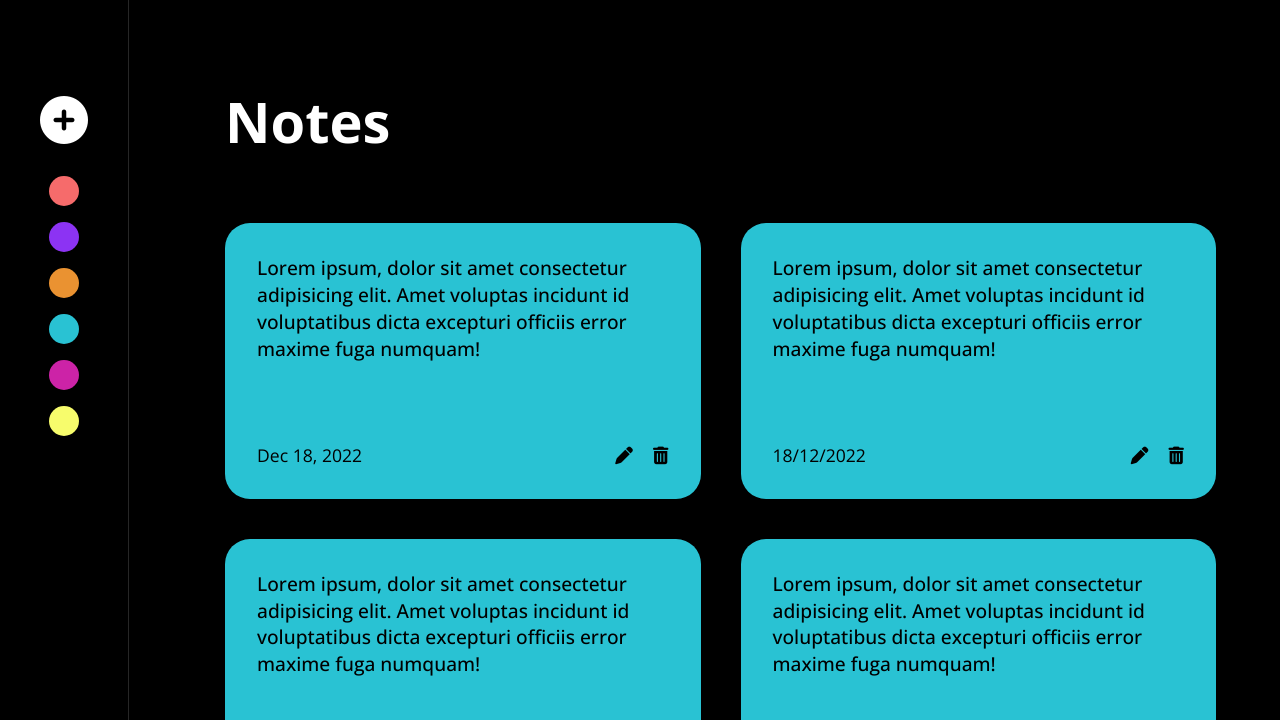
Repository: emiliaiwu/notes_app
Page: index.html
These files come from the project's save history. The page is drawn as it stood at one moment and after a run of saves; the edit follows.
The browser window is 1280 px wide. The pictures show the whole page.
An inner scrolling area shows only its first screen. Some web libraries are served in a nearby version.

Above is the page before, as saved 2022-12-19 23:40:53.

### index.html
<!DOCTYPE html>
<html lang="en">
<head>
    <meta charset="UTF-8">
    <meta http-equiv="X-UA-Compatible" content="IE=edge">
    <meta name="viewport" content="width=device-width, initial-scale=1.0">
    <script src="https://kit.fontawesome.com/fd9c36575f.js" crossorigin="anonymous"></script>
    <link rel="stylesheet" href="style.css">
    <title>Notes App</title>
</head>
<body>
    <div class="container">
        <div class="add">
            <div class="add_card"><i class="fa-solid fa-circle-plus"></i></div>
            <ul class="card_colors">
                <li class="card_color c1"></li>
                <li class="card_color c2"></li>
                <li class="card_color c3"></li>
                <li class="card_color c4"></li>
                <li class="card_color c5"></li>
                <li class="card_color c6"></li>
            </ul>
        </div>
        <div class="cards_container">
            <h1>Notes</h1>
            <div class="cards">

                <div class="card">
                    <p class="text">
                        Lorem ipsum, dolor sit amet consectetur adipisicing elit. Amet voluptas incidunt id voluptatibus dicta excepturi officiis error maxime fuga numquam!
                    </p>
                    <span class="footer close">
                        <small class="date">Dec 18, 2022</small>
                        <span>
                           <small class="edit"><i class="fa-solid fa-pen"></i></small>
                           <small class="delete"><i class="fa-solid fa-trash-can"></i></small>
                        </span>
                    </span>
                    <span class="footer open">
                        <ul class="edit_settings">
                            <li class="bold"><i class="fa-solid fa-bold"></i></li>
                            <li class="italic"><i class="fa-solid fa-italic"></i></li>
                            <li class="underline"><i class="fa-solid fa-underline"></i></li>
                            <li class="strikethrough"><i class="fa-solid fa-strikethrough"></i></li>
                            <li class="toggleBtn"><i class="fa-solid fa-list-ul"></i></li>
                            <li class="add_image"><i class="fa-solid fa-image"></i></li>
                        </ul>
                    </span>
                </div>

                <div class="card">
                    <span class="text">
                        Lorem ipsum, dolor sit amet consectetur adipisicing elit. Amet voluptas incidunt id voluptatibus dicta excepturi officiis error maxime fuga numquam!
                    </span>
                    <span class="footer close">
                        <small class="date">18/12/2022</small>
                        <span>
                           <small class="edit"><i class="fa-solid fa-pen"></i></small>
                           <small class="delete"><i class="fa-solid fa-trash-can"></i></small>
                        </span>
                    </span>
                    <span class="footer open">
                        <ul class="edit_settings">
                            <li class="bold"><i class="fa-solid fa-bold"></i></li>
                            <li class="italic"><i class="fa-solid fa-italic"></i></li>
                            <li class="underline"><i class="fa-solid fa-underline"></i></li>
                            <li class="strikethrough"><i class="fa-solid fa-strikethrough"></i></li>
                            <li class="toggleBtn"><i class="fa-solid fa-list-ul"></i></li>
                            <li class="add_image"><i class="fa-solid fa-image"></i></li>
                        </ul>
                    </span>
                </div>

                <div class="card">
                    <span class="text">
                        Lorem ipsum, dolor sit amet consectetur adipisicing elit. Amet voluptas incidunt id voluptatibus dicta excepturi officiis error maxime fuga numquam!
                    </span>
                    <span class="footer close">
                        <small class="date">18/12/2022</small>
                        <span>
                           <small class="edit"><i class="fa-solid fa-pen"></i></small>
                           <small class="delete"><i class="fa-solid fa-trash-can"></i></small>
                        </span>
                    </span>
                    <span class="footer open">
                        <ul class="edit_settings">
                            <li class="bold"><i class="fa-solid fa-bold"></i></li>
                            <li class="italic"><i class="fa-solid fa-italic"></i></li>
                            <li class="underline"><i class="fa-solid fa-underline"></i></li>
                            <li class="strikethrough"><i class="fa-solid fa-strikethrough"></i></li>
                            <li class="toggleBtn"><i class="fa-solid fa-list-ul"></i></li>
                            <li class="add_image"><i class="fa-solid fa-image"></i></li>
                        </ul>
                    </span>
                </div>

                <div class="card">
                    <span class="text">
                        Lorem ipsum, dolor sit amet consectetur adipisicing elit. Amet voluptas incidunt id voluptatibus dicta excepturi officiis error maxime fuga numquam!
                    </span>
                    <span class="footer close">
                        <small class="date">18/12/2022</small>
                        <span>
                           <small class="edit"><i class="fa-solid fa-pen"></i></small>
                           <small class="delete"><i class="fa-solid fa-trash-can"></i></small>
                        </span>
                    </span>
                    <span class="footer open">
                        <ul class="edit_settings">
                            <li class="bold"><i class="fa-solid fa-bold"></i></li>
                            <li class="italic"><i class="fa-solid fa-italic"></i></li>
                            <li class="underline"><i class="fa-solid fa-underline"></i></li>
                            <li class="strikethrough"><i class="fa-solid fa-strikethrough"></i></li>
                            <li class="toggleBtn"><i class="fa-solid fa-list-ul"></i></li>
                            <li class="add_image"><i class="fa-solid fa-image"></i></li>
                        </ul>
                    </span>
                </div>


            </div>
        </div>




    </div>

</body>
</html>

### style.css
@import url('https://fonts.googleapis.com/css2?family=Open+Sans:wght@300;400;500;700&display=swap');


* {
    margin: 0;
    padding: 0;
    box-sizing: border-box;
    list-style-type: none;

}

body {
    font-family: 'Open Sans', sans-serif;
    width: 100vw;
    height: 100vh;
    background-color: #000;
    color: #fff;

}

h1 {
    font-size: 3.5rem;
    margin-bottom: 4rem;
    color: #fff;
}

.container {
    display: flex;
    width: 100%;
    height: 100%;
    gap: 2rem;
}

.add {
    border-right: 1px solid rgba(255, 255, 255, 0.15);
    min-height: 100vh;
    display: flex;
    flex-direction: column;
    align-items: center;
    padding: 6rem 2.5rem;

}

.card_color {
    width: 30px;
    height: 30px;
    border-radius: 50%;
    margin-bottom: 1rem;

}

.fa-circle-plus {
    font-size: 3rem;
    margin-bottom: 2rem;
}

.c1 {
    background-color: #F66B6B;
}

.c2 {
    background-color: #8C33F3;
}

.c3 {
    background-color: #EA9231;
}

.c4 {
    background-color: #29C2D3;
}

.c5 {
    background-color: #CC23A7;
}

.c6 {
    background-color: #F7FC6C;
}






/* CARDS CONTAINER */

.cards_container {
    padding: 5.2rem 4rem;
    height: 100%;
    overflow-y: scroll;
    width: 100%;
    color: #000;
}

.cards {
    display: grid;
    grid-template-columns: repeat(auto-fit, minmax(19rem, 1fr));
    gap: 2.5rem;
}

.card {
    display: flex;
    flex-direction: column;
    justify-content: space-between;
    background-color: #29C2D3;
    padding: 2rem 2rem 1rem 2rem;
    border-radius: 25px;
}

.close,
.edit_settings {
    display: flex;
    justify-content: space-between;

}

.text {
    margin-bottom: 5rem;
    font-size: 1.2rem;
    font-weight: 500;
    line-height: 1.4;
}




small {
    font-size: 1.1rem;
}

.edit {
    bor
}

.fa-trash-can {
    margin-left: 1rem;
}






.edit_settings {
    border-top: 1px solid rgba(0, 0, 0, 0.178);;
    width: 100%;
    padding: 1rem;
}

ul li i {
    font-size: 1.2rem;
}












/* OPEN AND CLOSE FUNCTIONALITY */

.open {
    display: none;

}

.close {
    padding-bottom: 1rem;
}

After the next 3 saves:
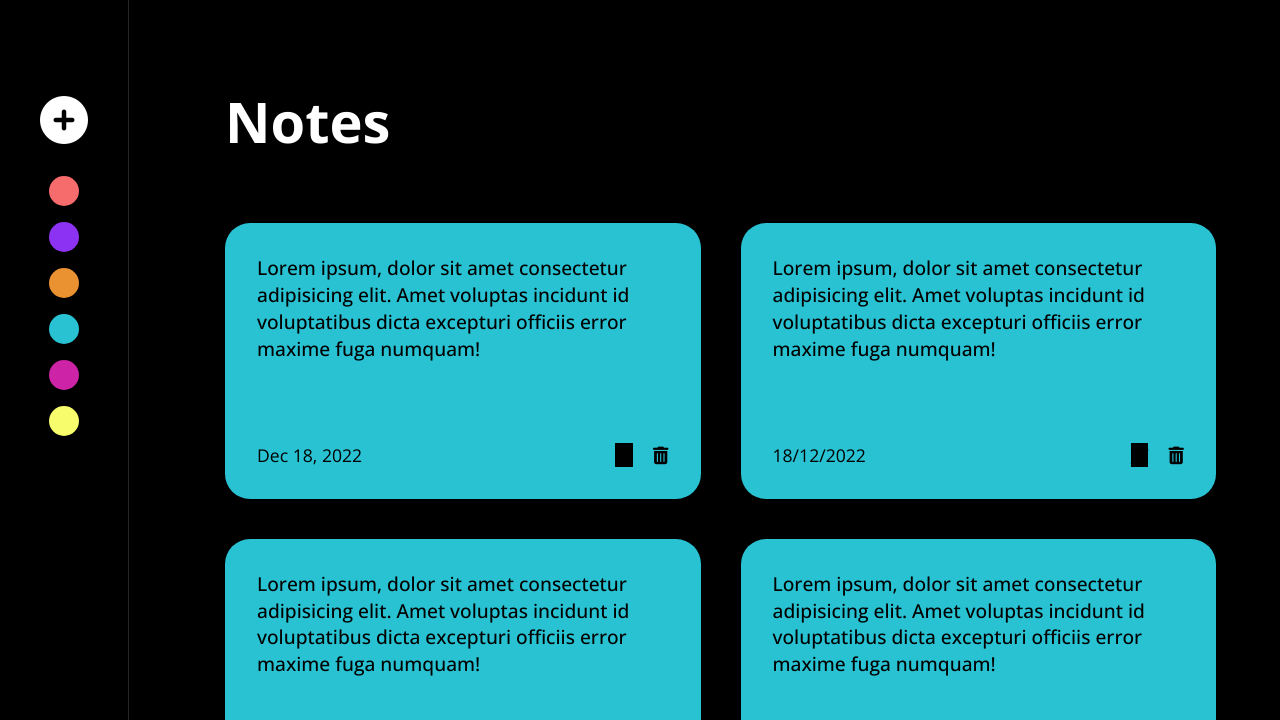
The 3 saves are shown as one change because they came seconds apart.
The last was saved 8 s later.
--- a/style.css
+++ b/style.css
@@ -130,7 +130,7 @@ small {
 }
 
 .edit {
-    bor
+    background-color: #000;
 }
 
 .fa-trash-can {
